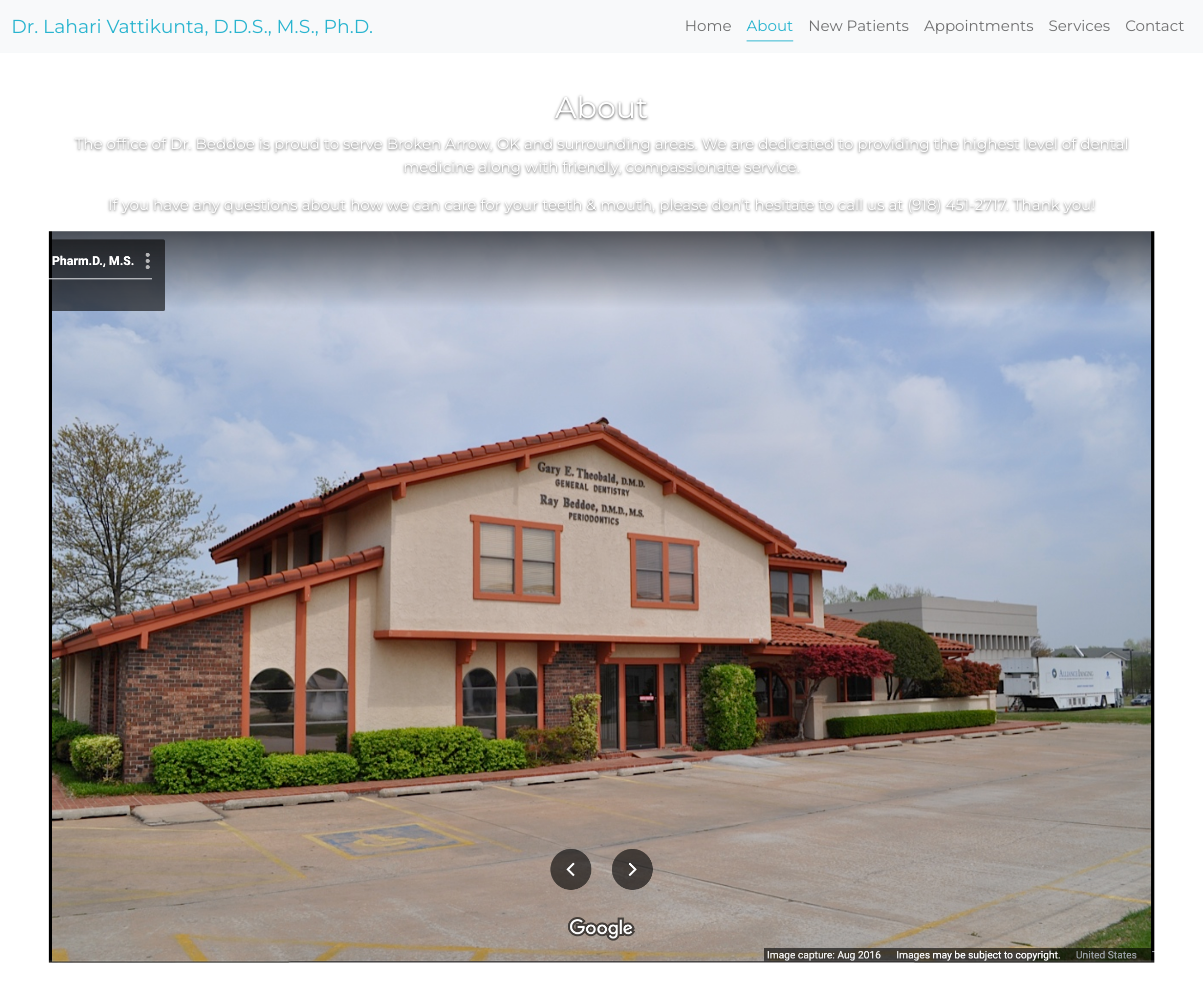
Repository: vineetha2438/baperio
Page: about.html
An editor plug-in stored every save of this project. The page is shown before and after the next save, followed by the edit.
The browser window is 1280 px wide. The pictures show the whole page, at 94% of full size.

Above is the page before, as saved 2022-11-14 21:11:50.

After the next save:
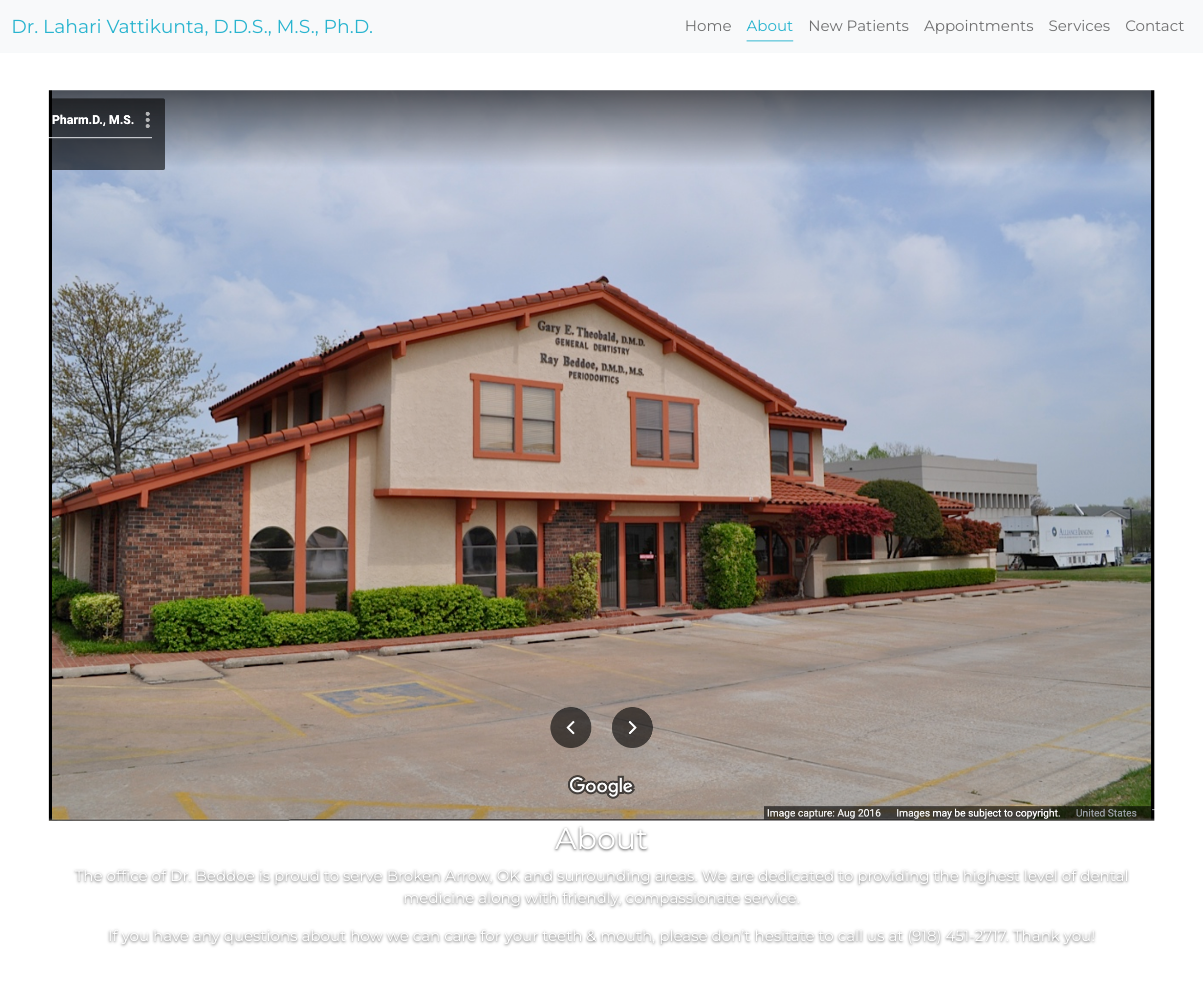
Saved 15 s later.
--- a/about.html
+++ b/about.html
@@ -50,8 +50,12 @@
     </div>
   </nav>
 
-  <div class="container-fluid text-center" >
+  <div class="container-fluid text-center">
     <div class="row section-one">
+
+      <div class="col-12 ">
+        <img src="clinic.png" class="img-fluid" />
+      </div>
       <div class="col-12">
         <h2>About</h2>
         <p>The office of Dr. Beddoe is proud to serve Broken Arrow, OK and surrounding areas. We are dedicated to providing
@@ -60,9 +64,6 @@
         <p>If you have any questions about how we can care for your teeth & mouth, please don’t hesitate to call us at (918)
           451-2717. Thank you!</p>
       </div>
-      <div class="col-12 ">
-        <img src="clinic.png" class="img-fluid" />
-      </div>
     </div>
   </div>
   <script src="https://cdn.jsdelivr.net/npm/bootstrap@5.2.2/dist/js/bootstrap.bundle.min.js" integrity="sha384-OERcA2EqjJCMA+/3y+gxIOqMEjwtxJY7qPCqsdltbNJuaOe923+mo//f6V8Qbsw3"
